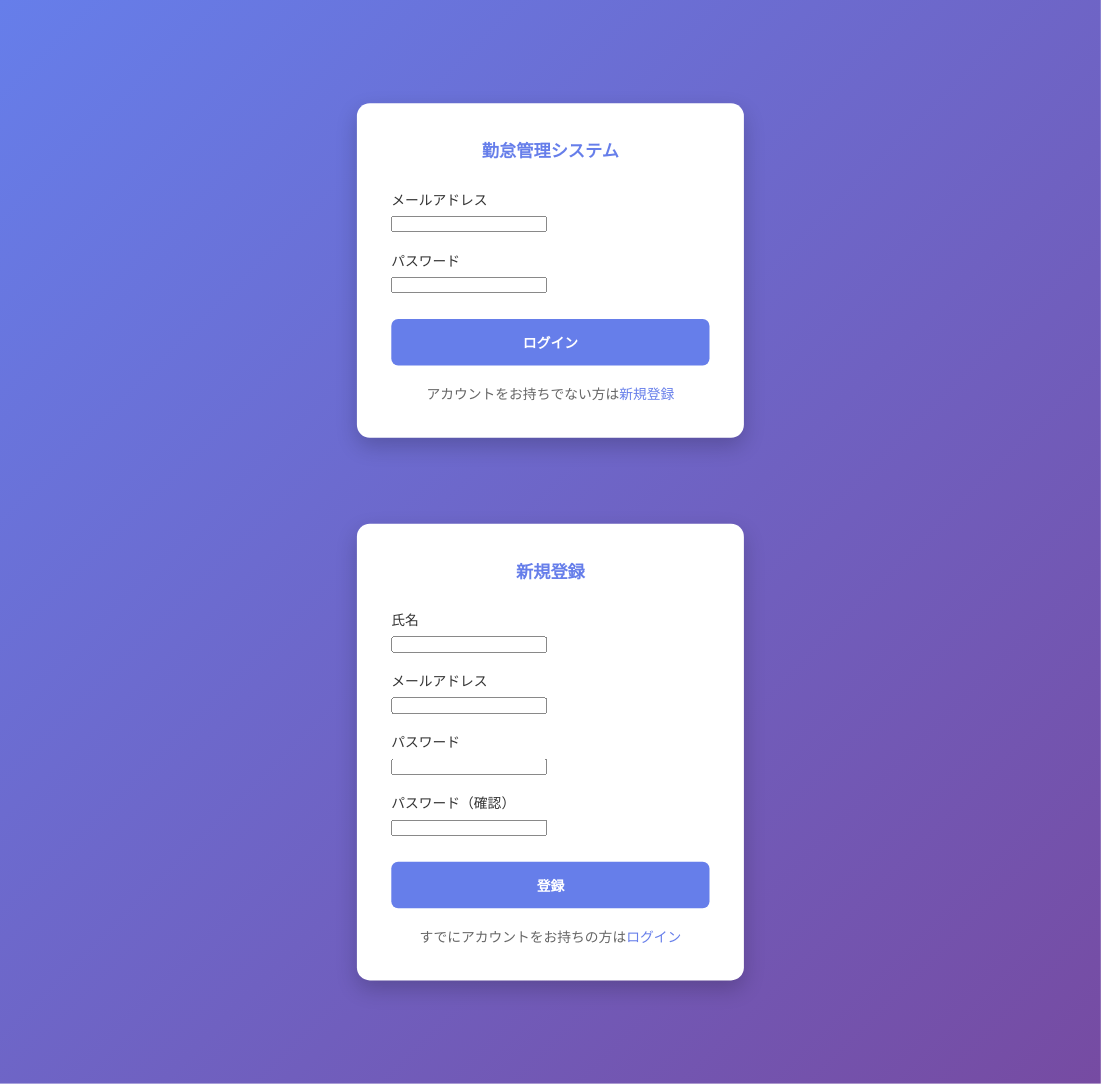
Repository: 04bit/WEB_HCJ
Page: index.html
These files come from the project's save history. The page is drawn as it stood at one moment and after the next save; the edit follows.
The browser window is 1280 px wide. The pictures show the whole page, at 86% of full size.

Above is the page before, as saved 2025-11-25 16:30:53.

After the next save:
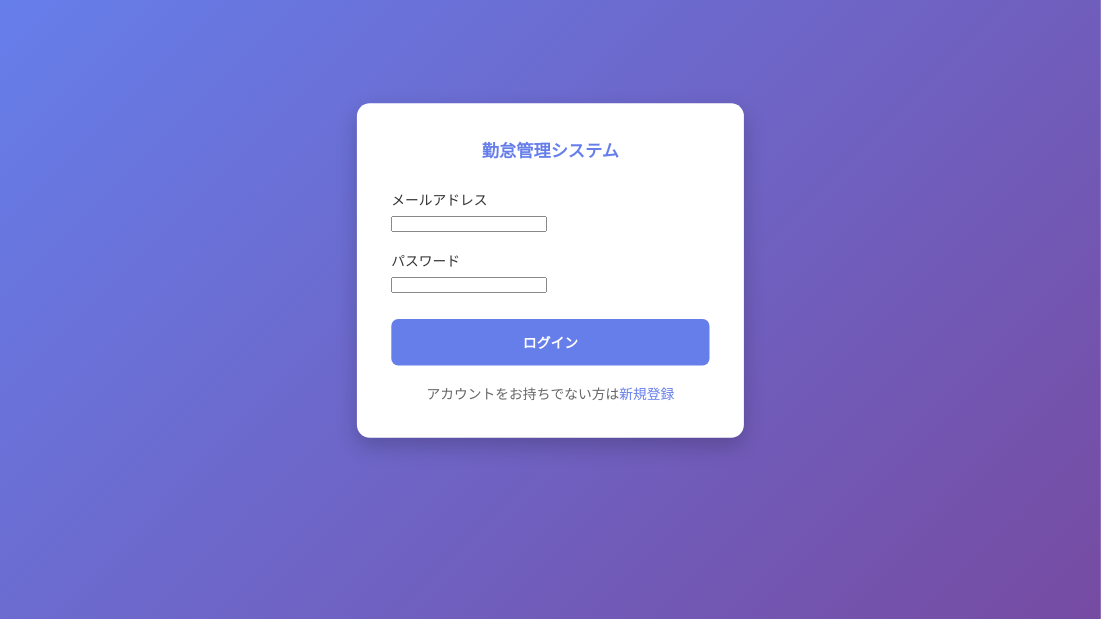
Saved 52 s later.
--- a/style.css
+++ b/style.css
@@ -73,3 +73,7 @@ body {
     cursor: pointer;
     text-decoration: none;
 }
+
+.hidden {
+    display: none !important;
+}
